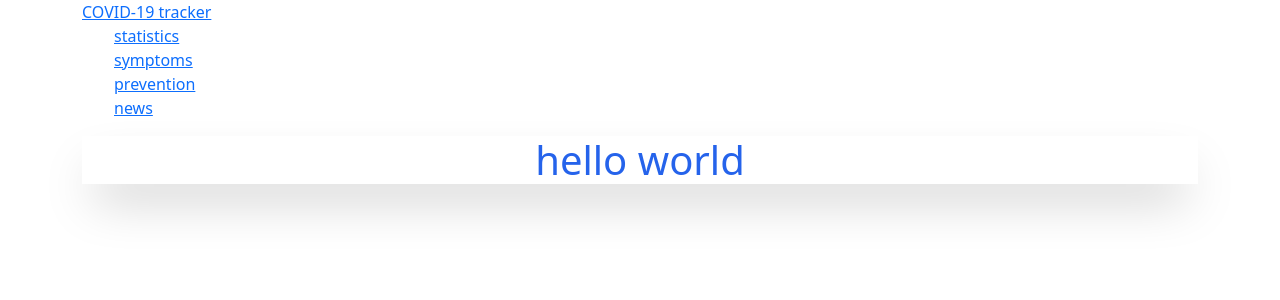
Repository: latenightsnacc/covid-19tracker
Page: design/index.html
The author's editor kept a copy of each file at every save. The page is drawn from the files as they stood at one save, then again after the next save.
The browser window is 1280 px wide. The pictures show the whole page.
Some web libraries are served in a nearby version.

Above is the page before, as saved 2021-07-22 14:22:50.

After the next save:
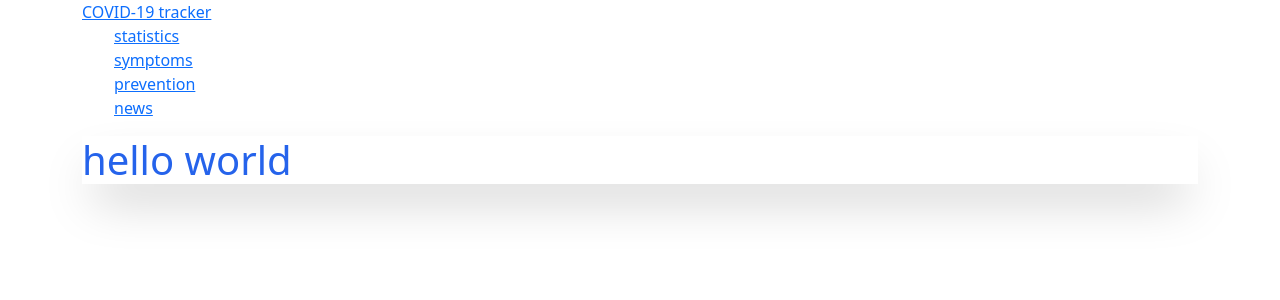
Saved 33 s later.
--- a/design/index.html
+++ b/design/index.html
@@ -13,7 +13,7 @@
     <title>COVID-19 Tracker</title>
 </head>
 <body>
-    <main>
+    <main class="m-auto">
         <!--Navigation Component-->
         <nav class="container">
             <a href="index.html">
@@ -34,13 +34,10 @@
                 </li>
             </ul>
         </nav>
-        <div class="m-auto  bg-white h-96 text-center">
-            <div class="container">
-                <div class="shadow-2xl">
-                    <h1 class="text-blue-600">hello world</h1>
-                </div>
+        <div class="container">
+            <div class="shadow-2xl">
+                <h1 class="text-blue-600">hello world</h1>
             </div>
-
         </div>
     </main>
 </body>
